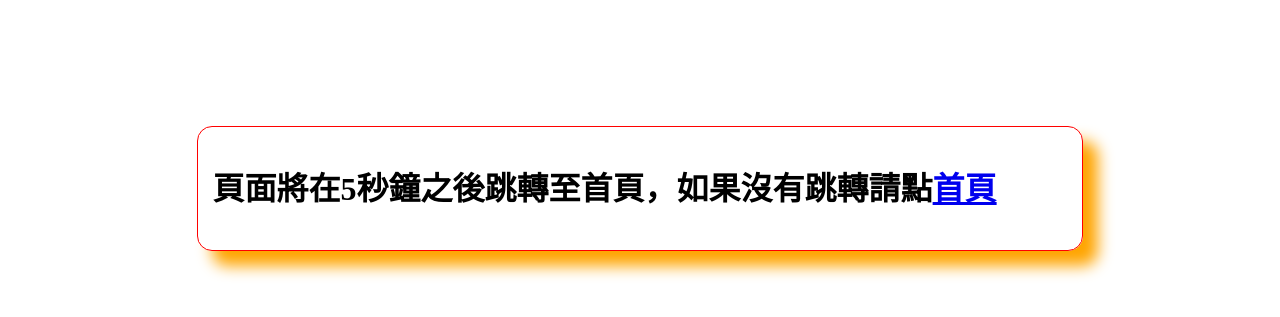
Repository: cctytw2000/JavaSecondProject
Page: http://localhost/EEIT109_35/member/jump.jsp
These files come from the project's save history. The page is drawn as it stood at one moment and after the next save; the edit follows.
The browser window is 1280 px wide. The pictures show the whole page.
The page is served by Tomcat 9.

Above is the page before, as saved 2019-09-07 08:03:55.

After the next save:
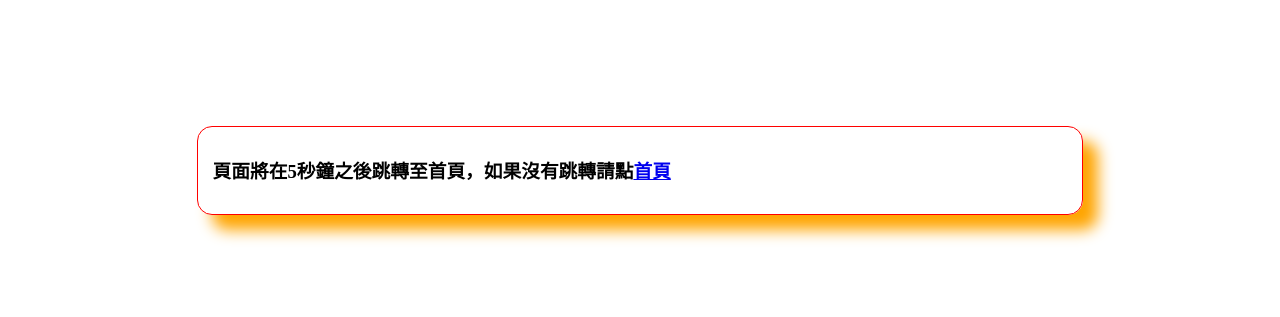
Saved 112 s later.
--- a/Member/EEIT109_35/src/main/webapp/member/jump.jsp
+++ b/Member/EEIT109_35/src/main/webapp/member/jump.jsp
@@ -12,9 +12,9 @@
 
 	<div style="border: 1px solid red;width:70%;height:30%;margin:10% auto;box-shadow: 15px 15px 15px orange;border-radius: 15px 15px">
 	<h1>${msg}</h1>
-		<h1 style="line-height: 2.5em;margin-left: 15px">
+		<h3 style="line-height: 2.5em;margin-left: 15px">
 			頁面將在5秒鐘之後跳轉至首頁，如果沒有跳轉請點<a href="../home.jsp">首頁</a>
-		</h1>
+		</h3>
 	</div>
 </body>
 </html>
